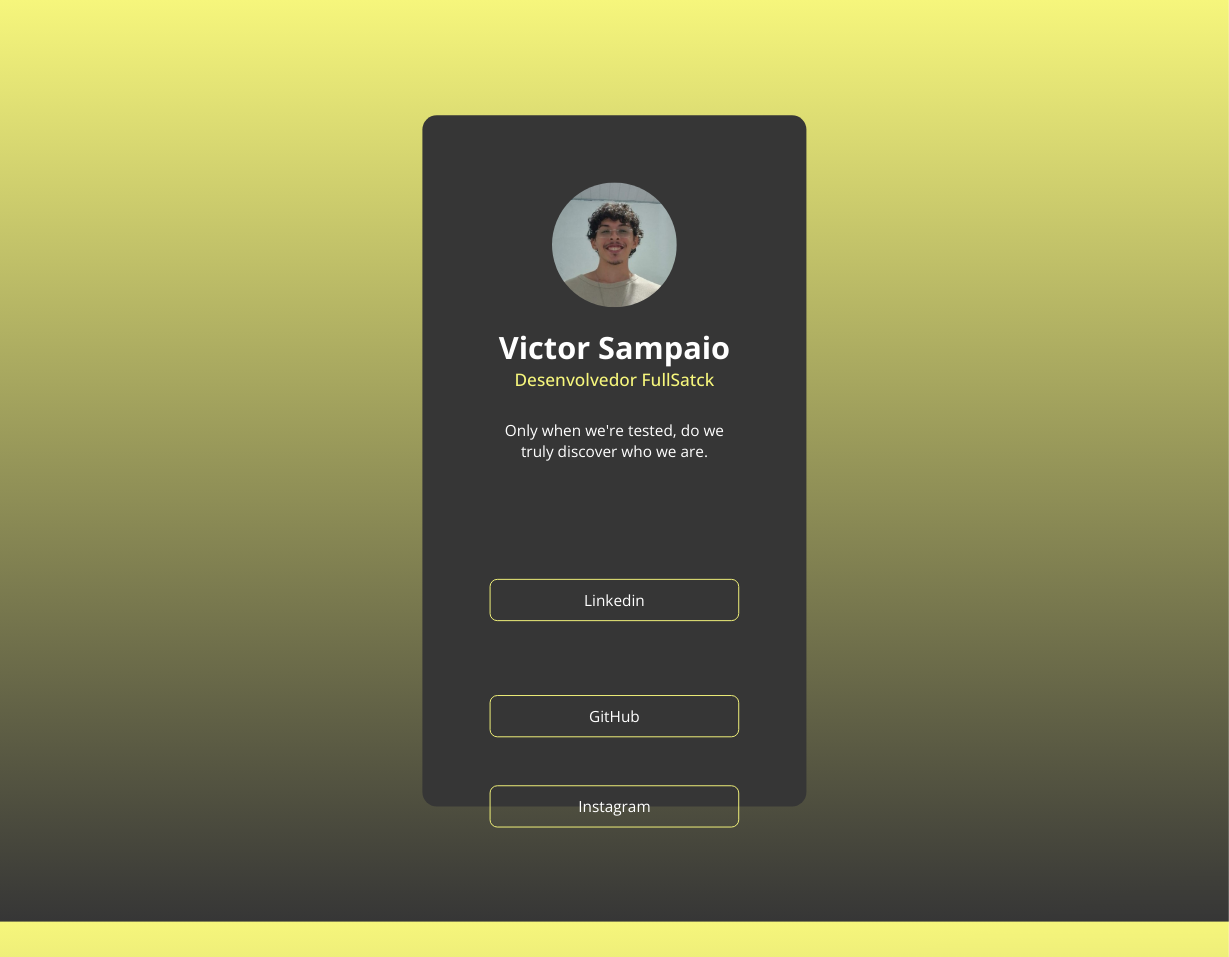
Repository: VictorSampaioDev/linkthree-gt9
Page: index.html
These files come from the project's save history. The page is drawn as it stood at one moment and after a run of saves; the edit follows.
The browser window is 1280 px wide. The pictures show the whole page, at 96% of full size.
The pointer rests on the first visible `.container-social-links li`.

Above is the page before, as saved 2025-04-11 10:02:06.

### index.html
<!DOCTYPE html>
<html lang="pt-br">
<head>
    <meta charset="UTF-8">
    <meta name="viewport" content="width=device-width, initial-scale=1.0">
    <title>linkthree JV</title>
    <link rel="stylesheet" href="style.css">
    <link rel="preconnect" href="https://fonts.googleapis.com">
    <link rel="preconnect" href="https://fonts.gstatic.com" crossorigin>
    <link href="https://fonts.googleapis.com/css2?family=Open+Sans:ital,wght@0,300..800;1,300..800&display=swap" rel="stylesheet">
</head>
<body>
    <div class="container-main">

        <div class="container-image">
            <img src="./assets/image-profile.jpeg" alt="Foto de Perfil">
        </div>

      <div class="container-infos">
        <h1>Victor Sampaio</h1>
        <h2>Desenvolvedor FullSatck</h2>
      </div>

      <div class="container-paragrafo">
        <p>
            Only when we're tested, do we truly discover who we are.
        </p>
      </div>

      <div class="container-social-links">
        <ul>

                <a href="https://www.linkedin.com/in/joao-victor-sampaio-30a556355/" target="_blank">
                   <li> Linkedin</li>
                </a>

            <li>
                <a href="https://github.com/VictorSampaioDev" target="_blank">
                    GitHub
                </a>
            </li>
            <li>
                <a href="https://www.instagram.com/jovetorr" target="_blank">
                    Instagram
                </a>
            </li>
        </ul>
    </div>
</body>
</html>

### style.css
* {
    font-family: "Open Sans", sans-serif;
    margin: 0;
    padding: 0;
    box-sizing: border-box;
}
body{
    background: linear-gradient(
        to bottom,
        rgb(246, 246, 124),
        rgb(54, 54, 54)
    );
}
.container-main{
    background-color: #363636;
    width: 400px;
    height: 720px;
    box-sizing: border-box;
    margin: 120px auto;
    padding: 70px;
    border-radius: 15px;
    text-align: center;
}
.container-image{

    & img{
       width: 130px;
       border-radius: 100%;
    }
}
.container-infos{
    margin-top: 15px;
    margin-bottom: 10px;
}
.container-infos h1{
    font-weight: 700;
    color: white;
}
.container-infos h2{
    font-weight: 500;
    font-size: 18px;
    color: rgb(246, 246, 124);
}
.container-paragrafo{
    margin-top: 30px;
    color: white;
}
.container-social-links ul {
    padding-bottom: 50%;
    margin-top: 50px;
    list-style-type: none;
}
.container-social-links li {
    margin-bottom: 5px;
    margin-top: 50px;
    border: 1px solid rgb(246, 246, 124);
    border-radius: 8px;
    padding: 10px;
    transition: background-color 0.3s;
  }
  .container-social-links li:hover{
    background-color: rgb(246, 246, 124)
    color(srgb rgb(0, 0, 0))
  }

.container-social-links a {
    padding: 10px;
    text-decoration: none;
    color: white;
    transition: color 0.3s;
}
.container-social-links li:hover a{
    color: black;
  }

After the next 2 saves:
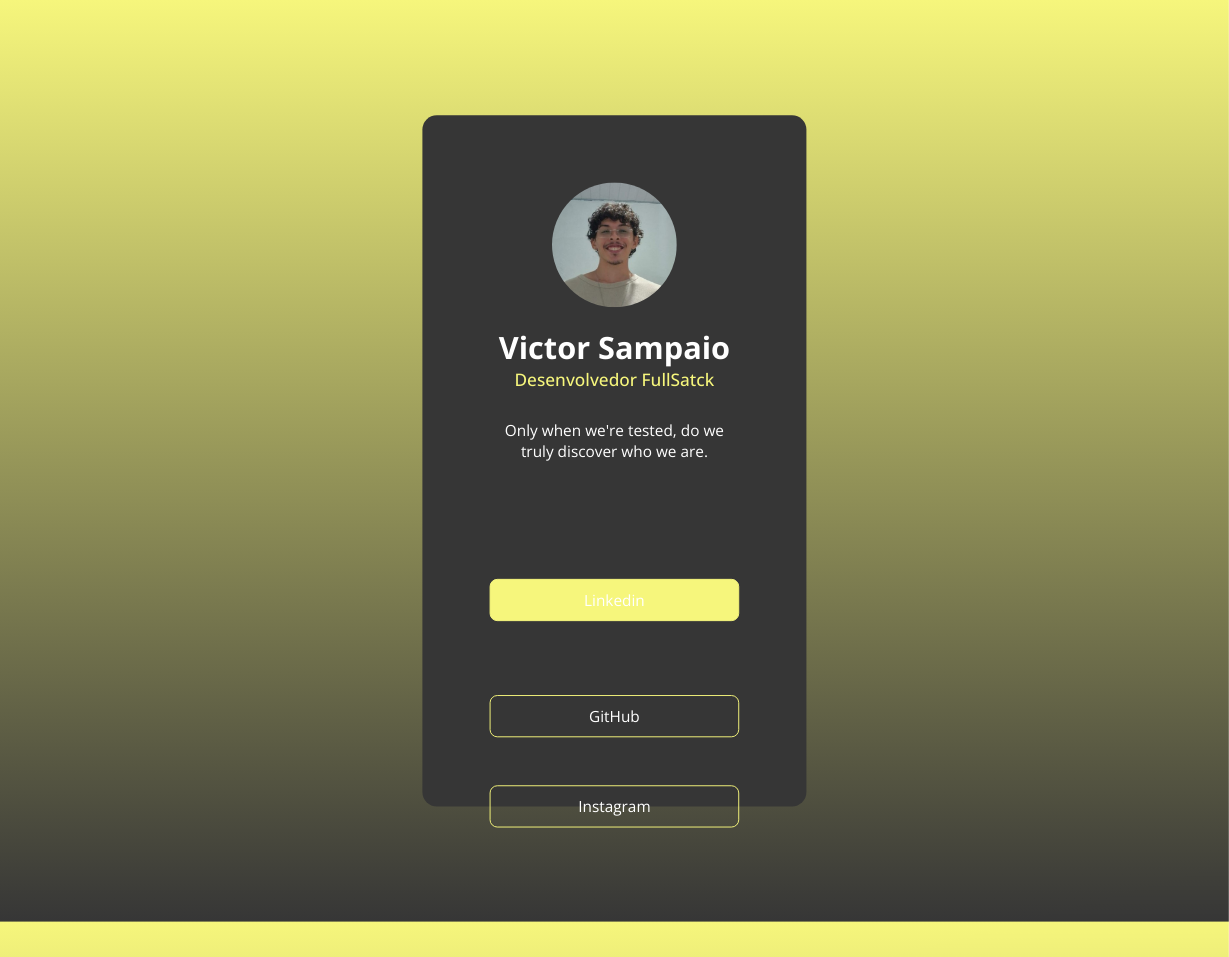
The 2 saves are shown as one change because they came seconds apart.
The last was saved 16 s later.
--- a/style.css
+++ b/style.css
@@ -60,7 +60,6 @@
   }
   .container-social-links li:hover{
     background-color: rgb(246, 246, 124)
-    color(srgb rgb(0, 0, 0))
   }
 
 .container-social-links a {
